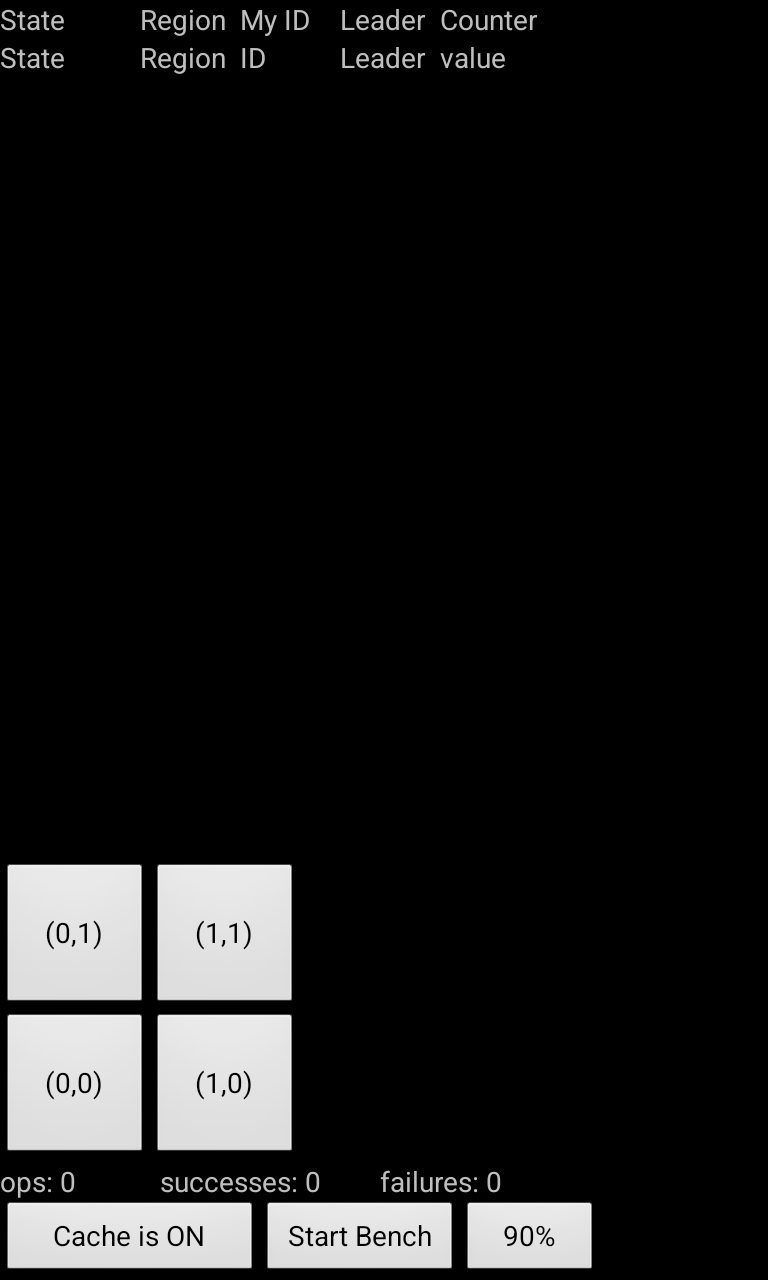
Repository: jasongao/csmcode
Layout: current/workspace/VNConsistent/res/layout/main.xml
An editor plug-in stored every save of this project. The layout is shown before and after the next save, followed by the edit.
It is drawn on a 768 x 1280 px phone screen (xhdpi) without system bars, with theme android:Theme; the app's code is not run. Lists and similar views that code fills are empty.

Above is the layout before, as saved 2011-07-17 16:08:13.

After the next save:
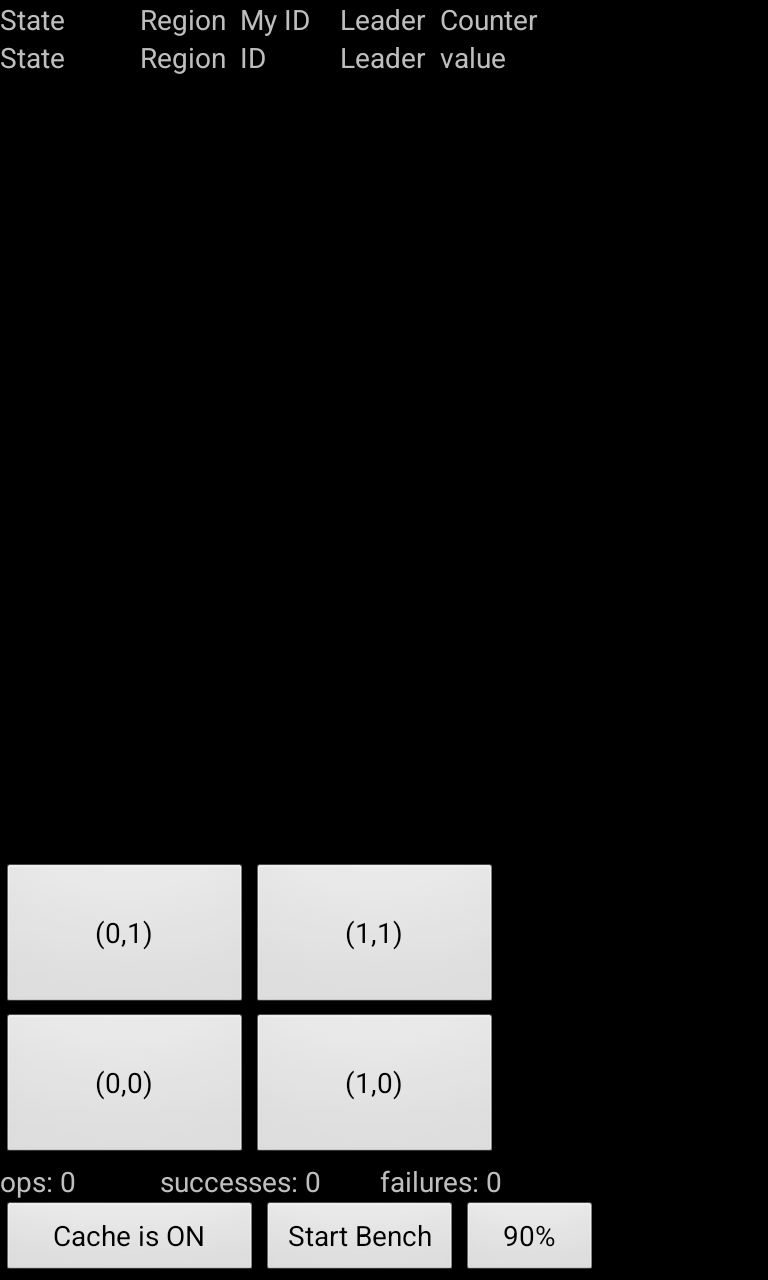
Saved 43 s later.
--- a/current/workspace/VNConsistent/res/layout/main.xml
+++ b/current/workspace/VNConsistent/res/layout/main.xml
@@ -39,18 +39,18 @@
 		android:orientation="horizontal" android:layout_height="wrap_content"
 		android:id="@+id/RegionButton1Layout">
 		<Button android:text="(0,1)" android:id="@+id/r01_button"
-			android:layout_width="75dip" android:layout_height="75dip" />
+			android:layout_width="125dip" android:layout_height="75dip" />
 		<Button android:text="(1,1)" android:id="@+id/r11_button"
-			android:layout_width="75dip" android:layout_height="75dip" />
+			android:layout_width="125dip" android:layout_height="75dip" />
 	</LinearLayout>
 
 	<LinearLayout android:layout_width="fill_parent"
 		android:orientation="horizontal" android:layout_height="wrap_content"
 		android:id="@+id/RegionButton2Layout">
 		<Button android:text="(0,0)" android:id="@+id/r00_button"
-			android:layout_width="75dip" android:layout_height="75dip" />
+			android:layout_width="125dip" android:layout_height="75dip" />
 		<Button android:text="(1,0)" android:id="@+id/r10_button"
-			android:layout_width="75dip" android:layout_height="75dip" />
+			android:layout_width="125dip" android:layout_height="75dip" />
 	</LinearLayout>
 	<LinearLayout android:id="@+id/CountInfoLayout" android:layout_width="match_parent" android:layout_height="wrap_content">
 		<TextView android:id="@+id/opcount_tv" android:layout_width="80dip" android:text="ops: 0" android:layout_height="wrap_content"></TextView>
